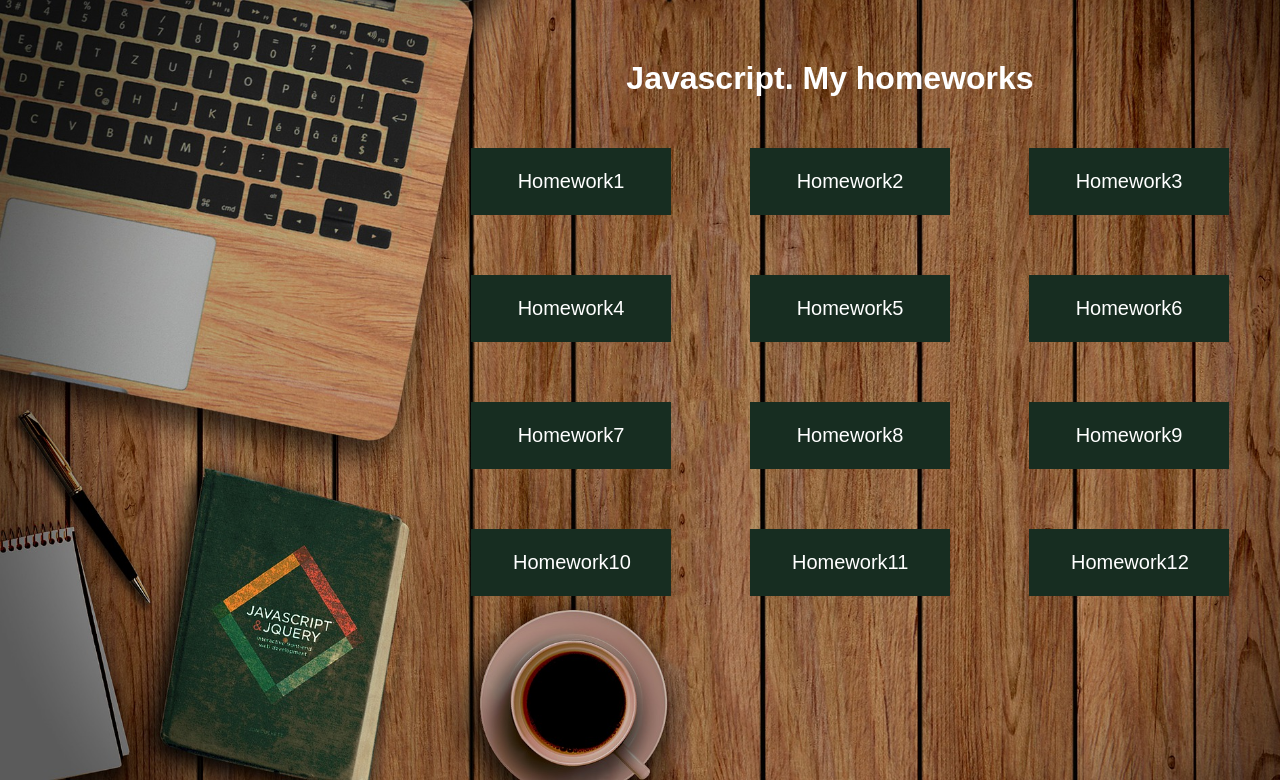
Repository: mariiastetsko/cursor-js-hw
Page: index.html
These files come from the project's save history. The page is drawn as it stood at one moment and after the next save; the edit follows.
The browser window is 1280 px wide. The pictures show the whole page.

Above is the page before, as saved 2020-07-22 20:26:41.

After the next save:
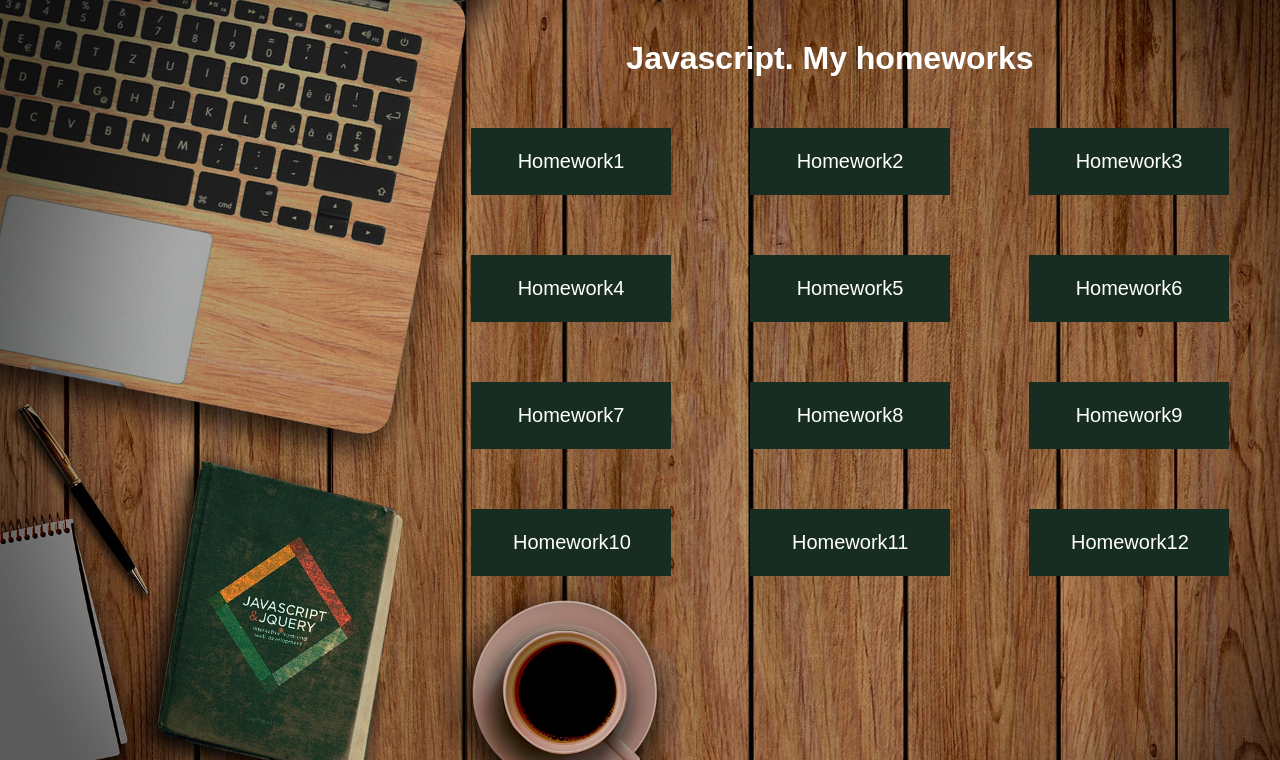
Saved 5 s later.
--- a/style.css
+++ b/style.css
@@ -37,6 +37,6 @@ li, a {
     width: 900px;
     text-align: center;
     margin-left: auto;
-    margin-top: 60px;
+    margin-top: 40px;
     color: #FFF;
 }
